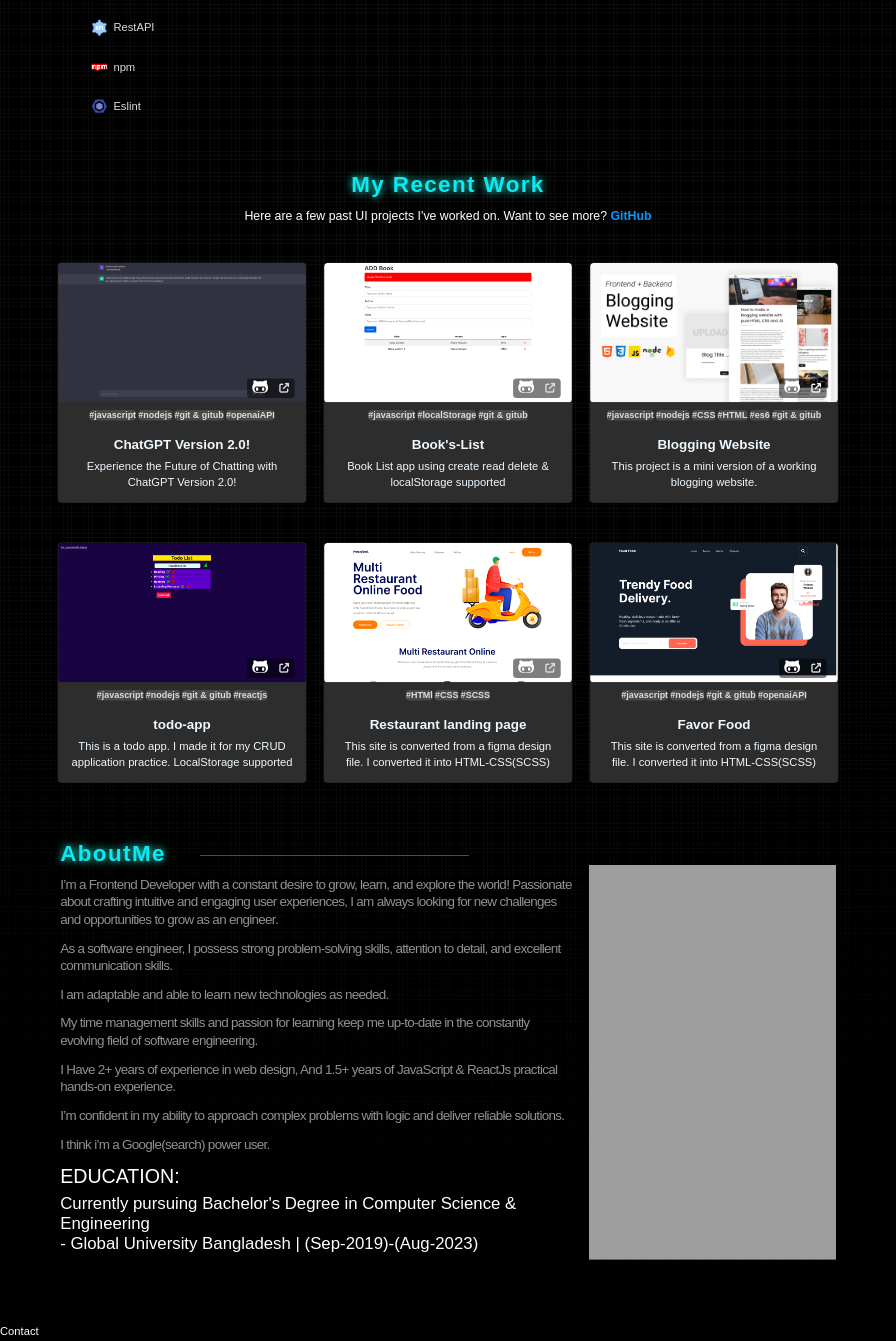
Repository: badhon252/my-portfolio
Page: /
The author's editor kept a copy of each file at every save. The page is drawn from the files as they stood at one save, then again after the next save.
The browser window is 1280 px wide. The pictures show the part of the page from y = 1394 to 3314 px (the page is 3309 px tall before and 3314 px after), at 70% of full size.
Pictures or frames that could not be fetched are drawn as grey boxes. The project was rebuilt for these pictures with package versions that can differ from the ones it lists, and the page was loaded fresh each time. Also part of the build but not shown: src/Components/Home/Header/HeaderContent/HeaderContent.css, src/Components/Home/Header/Navbar/Navs/GitHub/Github.module.css, src/Components/Home/Header/Navbar/Navs/LinkedIn/LinkedIn.module.css.

Above is the page before, as saved 2023-01-24 18:29:41.

After the next save:
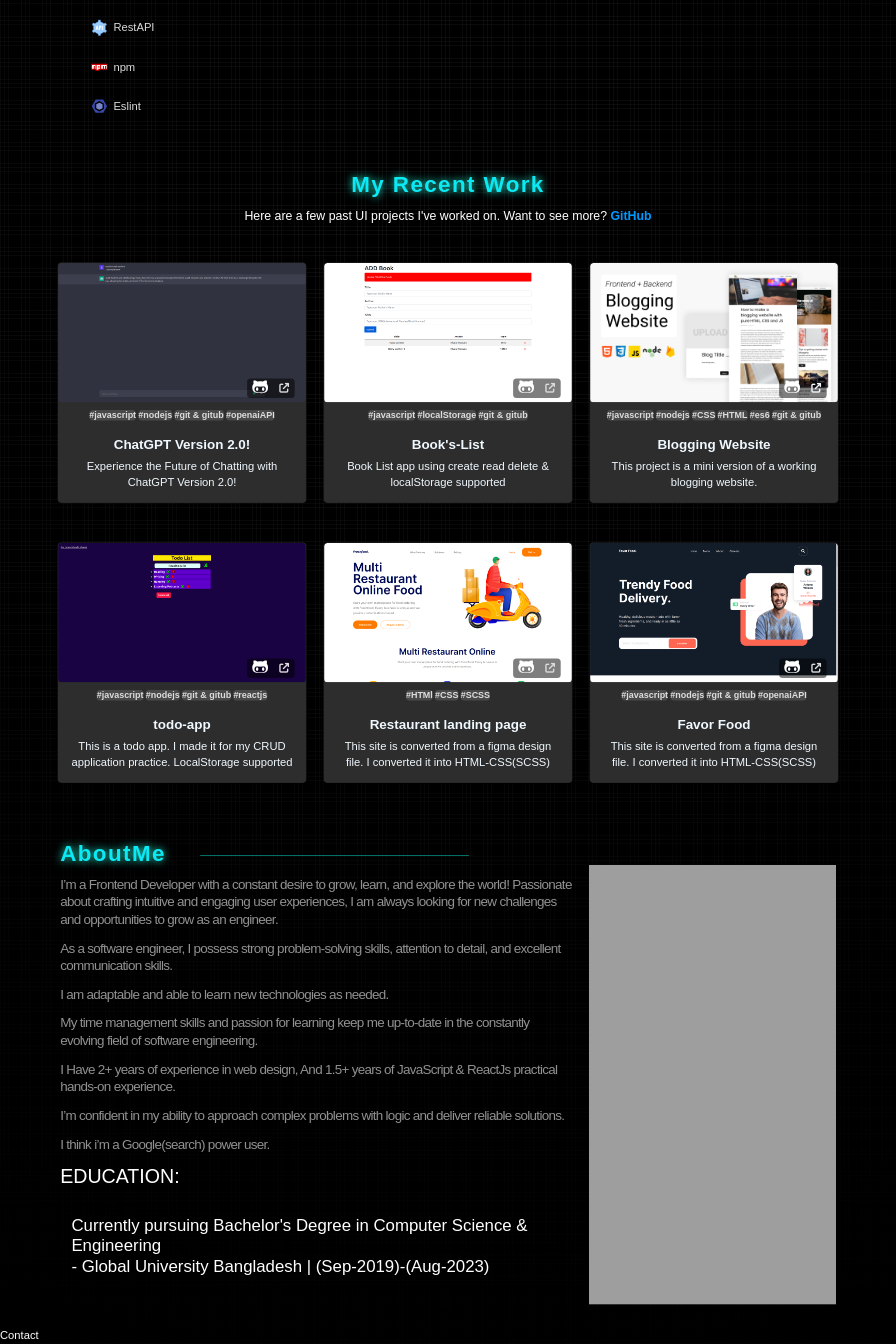
Saved 9 s later.
--- a/src/Components/Home/AboutMe/AboutMe.jsx
+++ b/src/Components/Home/AboutMe/AboutMe.jsx
@@ -21,7 +21,7 @@ const AboutMe = () => {
                         </div>
 
                         <h3>EDUCATION:</h3>
-                        <div className="edu">
+                        <div id="edu">
                             <h4>Currently pursuing Bachelor's Degree in Computer Science & Engineering <br />
                                 -  Global University Bangladesh | (Sep-2019)-(Aug-2023)</h4>
 
